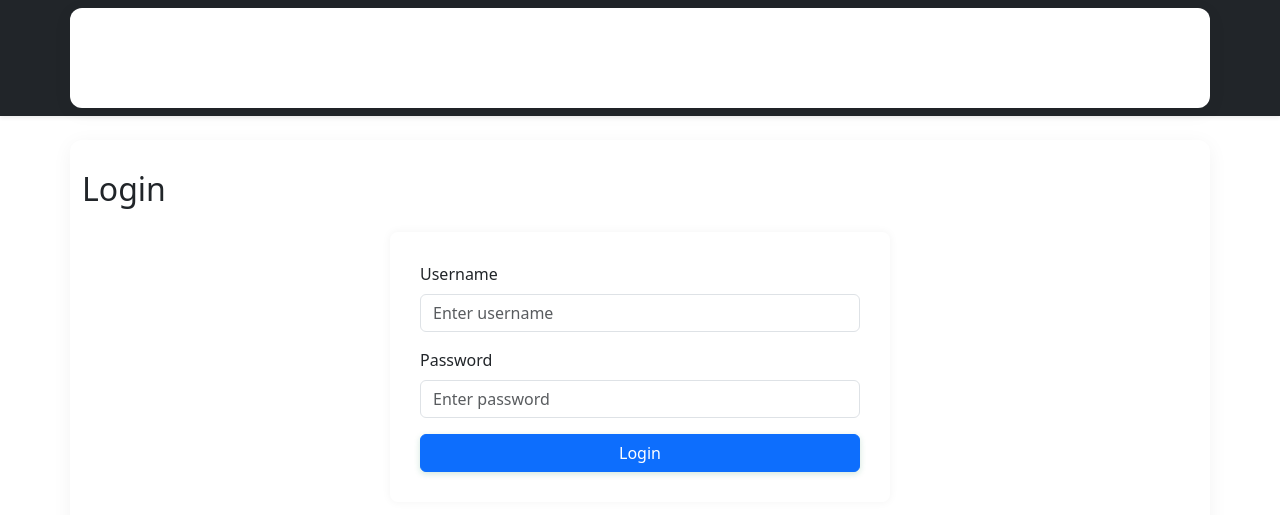
Repository: asmsaifulislam/it_business
Page: http://localhost/login
These files come from the project's save history. The page is drawn as it stood at one moment and after the next save; the edit follows.
The browser window is 1280 px wide. The pictures show the whole page.
The page is served by the project's application, run on Flask 3 (app.py).

Above is the page before, as saved 2025-09-05 09:11:57.

After the next save:
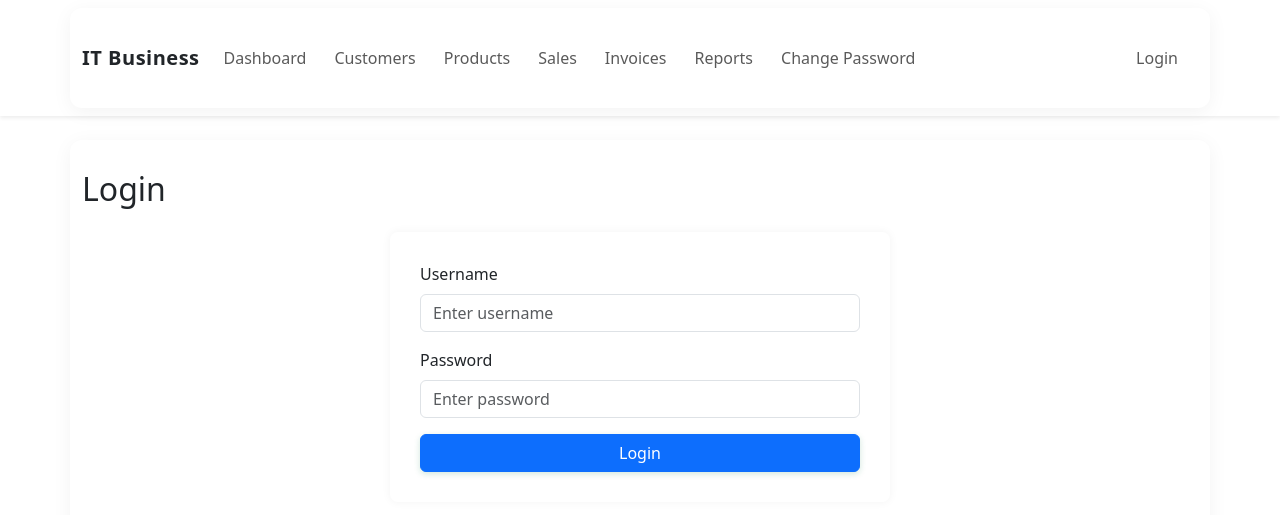
Saved 111 s later.
--- a/templates/base.html
+++ b/templates/base.html
@@ -4,14 +4,18 @@
     <meta charset="UTF-8">
     <title>IT Business Management Tool</title>
     <meta name="viewport" content="width=device-width, initial-scale=1">
+
+    <!-- Custom Styles -->
     <link rel="stylesheet" href="{{ url_for('static', filename='style.css') }}">
+
+    <!-- Bootstrap CSS -->
     <link href="https://cdn.jsdelivr.net/npm/bootstrap@5.3.0/dist/css/bootstrap.min.css" rel="stylesheet">
 </head>
 <body>
     <!-- Navbar -->
-    <nav class="navbar navbar-expand-lg navbar-dark bg-dark shadow-sm mb-4">
+    <nav class="navbar navbar-expand-lg shadow-sm mb-4" style="background-color: #ffffff;">
         <div class="container">
-            <a class="navbar-brand" href="{{ url_for('dashboard') }}">IT Business</a>
+            <a class="navbar-brand text-dark" href="{{ url_for('dashboard') }}">IT Business</a>
             <button class="navbar-toggler" type="button" data-bs-toggle="collapse" data-bs-target="#navbarNav">
                 <span class="navbar-toggler-icon"></span>
             </button>
@@ -40,7 +44,7 @@
     <div class="container">
         {% with messages = get_flashed_messages() %}
             {% if messages %}
-                <div class="alert alert-warning text-center">
+                <div class="alert alert-warning text-center fade-in">
                     {% for message in messages %}
                         <div>{{ message }}</div>
                     {% endfor %}
